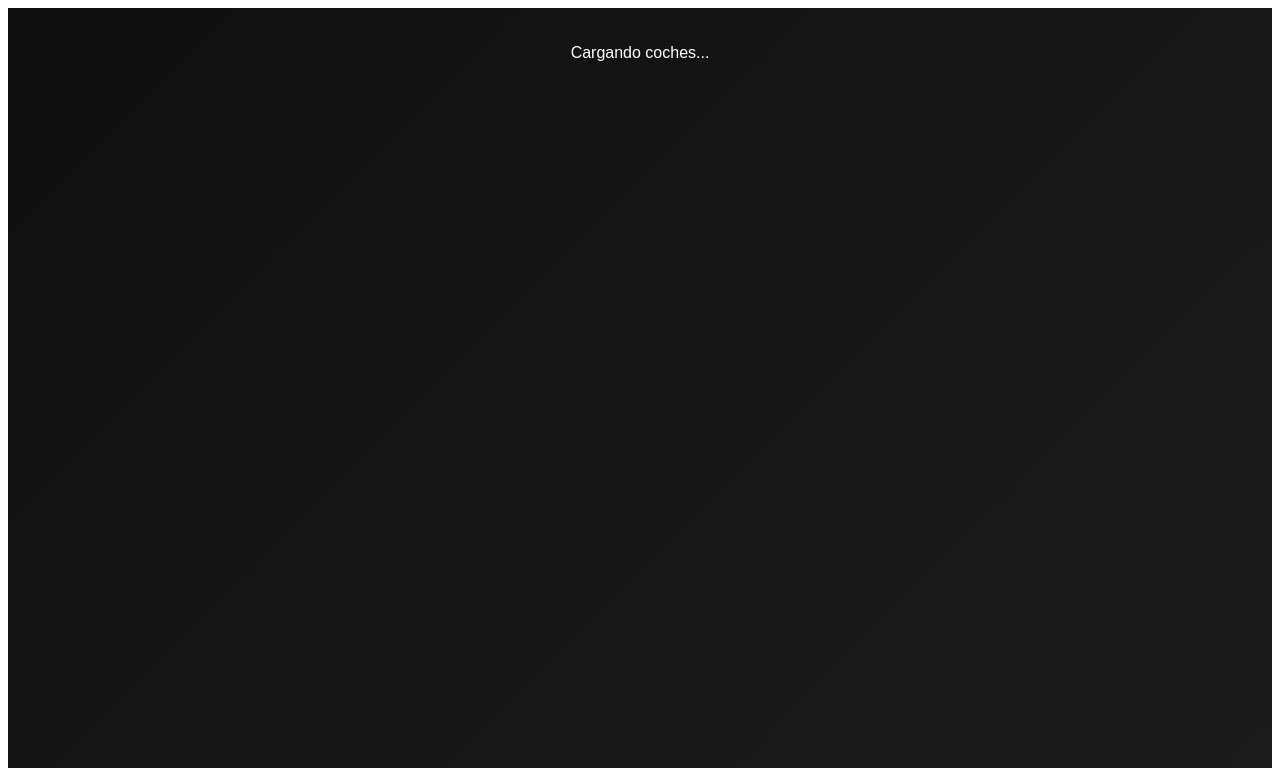
Repository: demoniers/clase
Page: /concesionario (app in misproyectos/concesionario/)
An editor plug-in stored every save of this project. The page is shown before and after the next save, followed by the edit.
The browser window is 1280 px wide. The pictures show the whole page.
The page's requests for data from a server got no answer. The project was rebuilt for these pictures with package versions that can differ from the ones it lists, and the page was loaded fresh each time. No one was signed in, and anything a server would have sent is missing. Imported but missing from the stored project, and not drawn on this page: misproyectos/concesionario/src/routes/Home.

Above is the page before, as saved 2025-03-19 10:38:46.

### misproyectos/concesionario/src/index.js
import React from 'react';
import { createRoot } from 'react-dom/client';
import { BrowserRouter } from 'react-router-dom';
import App from './App';

const rootElement = document.getElementById('root');
const root = createRoot(rootElement);

root.render(
  <React.StrictMode>
    <BrowserRouter>
      <App />
    </BrowserRouter>
  </React.StrictMode>
);


/*import React from 'react';
import { createRoot } from 'react-dom/client';
import App from './App';
import ReactDOM from 'react-dom/client';
import './index.css';
import { BrowserRouter } from 'react-router-dom';

const rootElement = document.getElementById('root');
const root = createRoot(rootElement);

root.render(
  <React.StrictMode>
    <App />
  </React.StrictMode>
);
*/

// If you want to start measuring performance in your app, pass a function
// to log results (for example: reportWebVitals(console.log))
// or send to an analytics endpoint. Learn more: https://bit.ly/CRA-vitals
//reportWebVitals();

### misproyectos/concesionario/src/App.js
import React from 'react';
import { Route, Routes } from 'react-router-dom';
import Home from './routes/Home';
import Concesionario from './routes/concesionario/Concesionario';

function App() {
  return (
    <Routes>
      <Route path="/" element={<Home />} />
      <Route path="/concesionario" element={<Concesionario />} />
      <Route path="/login" element={<login />} />
    </Routes>
  );
}

export default App;

### misproyectos/concesionario/src/routes/concesionario/Concesionario.js
import React, { useState, useEffect } from 'react';
import './Concesionario.css'; // Archivo CSS actualizado

function Concesionario() {
  const [coches, setCoches] = useState([]);
  const [cocheSeleccionado, setCocheSeleccionado] = useState(null);

  useEffect(() => {
    async function fetchData() {
      try {
        const response = await fetch('http://10.0.0.124:5000/api/coches');
        const data = await response.json();
        setCoches(data);
        setCocheSeleccionado(data[0]);
      } catch (error) {
        console.error('Error al obtener los datos:', error);
      }
    }

    fetchData();
  }, []);

  const seleccionarCoche = (coche) => {
    setCocheSeleccionado(coche);
  };

  return (
    <div className="concesionario">
      {cocheSeleccionado ? (
        <div className="contenido">
          {/* Imagen grande del coche */}
          <div className="imagen-grande">
            <img src={`/img/${cocheSeleccionado.img_coche}`} alt={cocheSeleccionado.nombre_coche} />
          </div>

          {/* Estadísticas del coche */}
          <div className="caracteristicas">
            <h3>Características de {cocheSeleccionado.nombre_coche}</h3>
            <div className="barra">
              <label>Velocidad:</label>
              <div className="barra-externa">
                <div
                  className="barra-interna"
                  style={{ width: `${cocheSeleccionado.velocidad || 0}%` }}
                ></div>
              </div>
            </div>
            <div className="barra">
              <label>Aceleración:</label>
              <div className="barra-externa">
                <div
                  className="barra-interna"
                  style={{ width: `${cocheSeleccionado.aceleracion || 0}%` }}
                ></div>
              </div>
            </div>
            <div className="barra">
              <label>Frenado:</label>
              <div className="barra-externa">
                <div
                  className="barra-interna"
                  style={{ width: `${cocheSeleccionado.frenado || 0}%` }}
                ></div>
              </div>
            </div>
          </div>
        </div>
      ) : (
        <p>Cargando coches...</p>
      )}

      {/* Barra de navegación */}
      <div className="barra-navegacion">
        {coches.map((coche) => (
          <div
            key={coche.id}
            className={`tarjeta ${coche.id === cocheSeleccionado.id ? 'seleccionado' : ''}`}
            onClick={() => seleccionarCoche(coche)}
          >
            <img src={`/img/${coche.img_coche}`} alt={coche.nombre_coche} />
            <p>{coche.nombre_coche}</p>
          </div>
        ))}
      </div>
    </div>
  );
}

export default Concesionario;

### misproyectos/concesionario/src/routes/concesionario/Concesionario.css
/* Concesionario.css */

/* Estilo general */
.concesionario {
  font-family: 'Arial', sans-serif;
  color: white;
  background: linear-gradient(135deg, #0f0f0f, #1c1c1c);
  display: flex;
  flex-direction: column;
  align-items: center;
  padding: 20px;
  min-height: 100vh;
}

/* Contenedor principal del contenido */
.contenido {
  display: flex;
  flex-wrap: wrap; /* Responsivo */
  align-items: flex-start;
  gap: 20px;
  width: 100%;
  max-width: 1200px;
  margin-bottom: 30px;
  justify-content: space-between; /* Espacio entre imagen y características */
}

/* Imagen del coche */
.imagen-grande {
  flex: 2; /* Ocupa más espacio relativo */
  max-width: 800px;
  text-align: center;
}

.imagen-grande img {
  width: 100%;
  border-radius: 10px;
  box-shadow: 0 8px 20px rgba(0, 0, 0, 0.8);
  transition: transform 0.5s ease, box-shadow 0.5s ease;
}

.imagen-grande img:hover {
  transform: scale(1.05);
  box-shadow: 0 12px 30px rgba(0, 0, 0, 1);
}

.imagen-grande h2 {
  font-size: 1.5rem;
  color: #e2b007;
}

/* Estadísticas del coche */
.caracteristicas {
  background: #1f1f1f;
  padding: 20px;
  border-radius: 10px;
  box-shadow: 0 4px 10px rgba(0, 0, 0, 0.7);
  color: white;
  flex: 1; /* Espacio proporcional */
  max-width: 300px; /* Ancho máximo */
}

.caracteristicas h3 {
  margin-bottom: 20px;
  text-transform: uppercase;
  color: #e2b007;
  font-size: 1.5rem;
}

.barra {
  margin-bottom: 15px;
}

.barra label {
  display: block;
  font-size: 1rem;
  margin-bottom: 5px;
}

.barra-externa {
  background: #333;
  border-radius: 10px;
  height: 20px;
  position: relative;
  overflow: hidden;
}

.barra-interna {
  background: #e2b007;
  height: 100%;
  transition: width 0.5s ease;
}

/* Barra de navegación */
.barra-navegacion {
  display: flex;
  overflow-x: auto;
  gap: 20px;
  padding: 10px;
  width: 100%;
  justify-content: center;
}

.barra-navegacion::-webkit-scrollbar {
  height: 10px;
}

.barra-navegacion::-webkit-scrollbar-thumb {
  background-color: #e2b007;
  border-radius: 10px;
}

.tarjeta {
  flex: 0 0 auto;
  background: #1f1f1f;
  border-radius: 10px;
  overflow: hidden;
  text-align: center;
  width: 150px;
  cursor: pointer;
  transition: transform 0.3s ease, background 0.3s ease;
  border: 2px solid transparent;
}

.tarjeta img {
  width: 100%;
  border-bottom: 1px solid #333;
  transition: transform 0.3s ease;
}

.tarjeta:hover img {
  transform: scale(1.05);
}

.tarjeta p {
  color: white;
  font-weight: bold;
  margin: 10px 0;
  font-size: 1rem;
}

.tarjeta:hover {
  transform: scale(1.1);
  background: #2c2c2c;
  border: 2px solid #e2b007;
}

.tarjeta.seleccionado {
  background: #e2b007;
  color: black;
  transform: scale(1.15);
  border: 2px solid #fff;
}

Loaded but not shown: misproyectos/concesionario/public/index.html (common file)

After the next save:
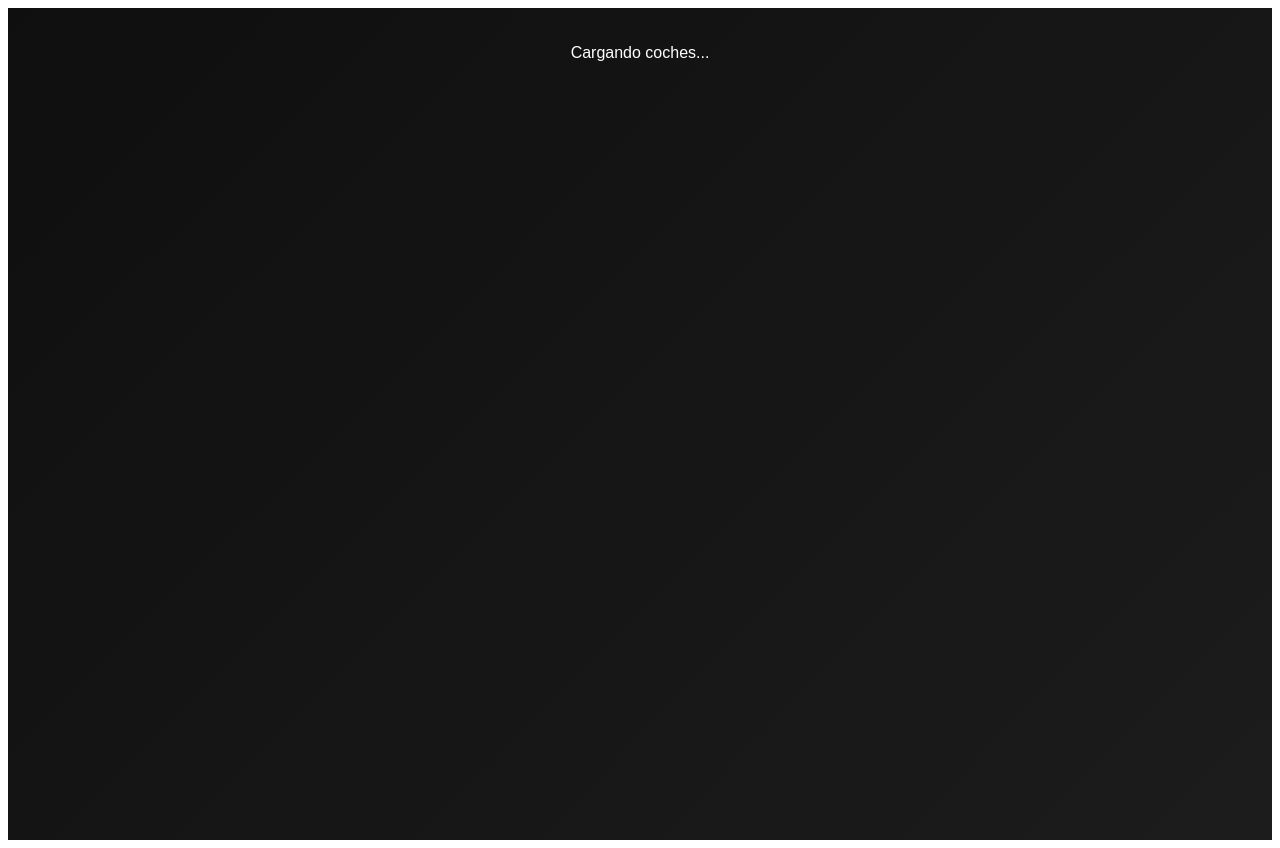
Saved 119 s later.
--- a/misproyectos/concesionario/src/routes/concesionario/Concesionario.css
+++ b/misproyectos/concesionario/src/routes/concesionario/Concesionario.css
@@ -9,7 +9,7 @@
   flex-direction: column;
   align-items: center;
   padding: 20px;
-  min-height: 100vh;
+  min-height: 110vh;
 }
 
 /* Contenedor principal del contenido */

After the save that followed:
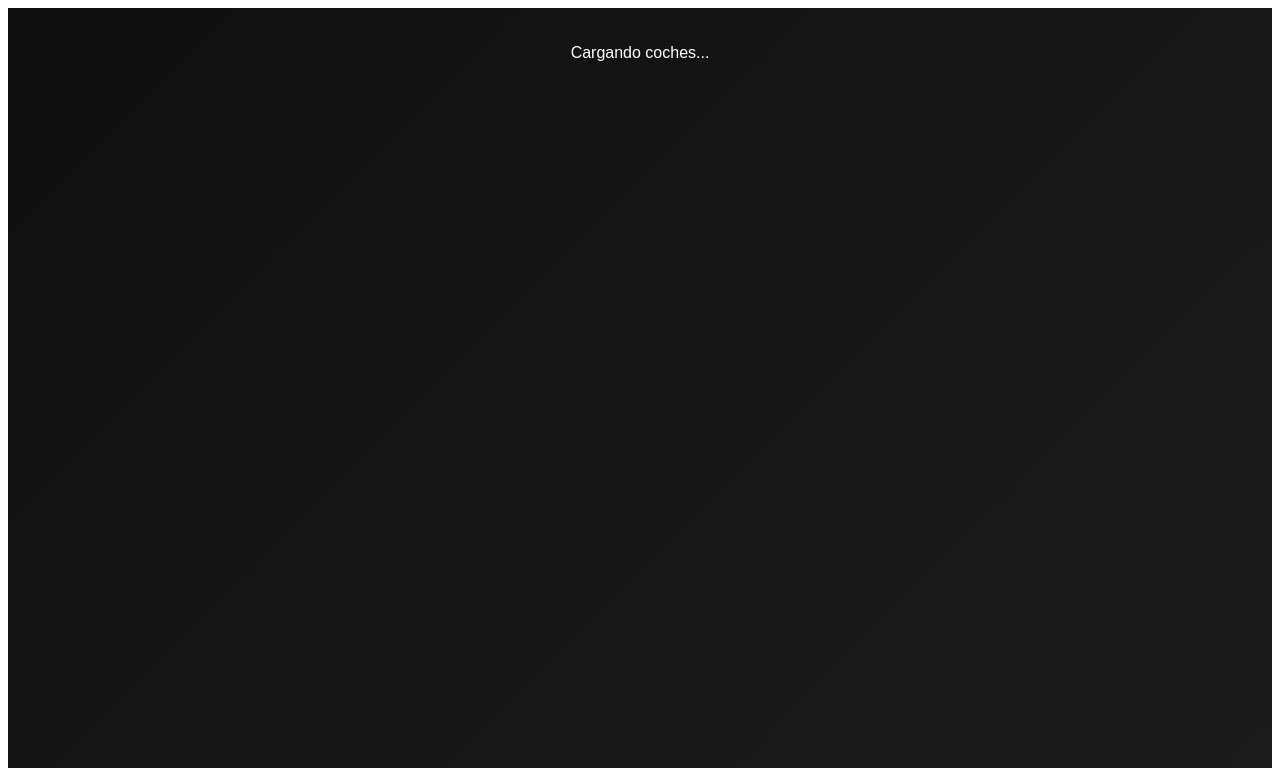
Saved 14 s later.
--- a/misproyectos/concesionario/src/routes/concesionario/Concesionario.css
+++ b/misproyectos/concesionario/src/routes/concesionario/Concesionario.css
@@ -9,7 +9,7 @@
   flex-direction: column;
   align-items: center;
   padding: 20px;
-  min-height: 110vh;
+  min-height: 100vh;
 }
 
 /* Contenedor principal del contenido */
